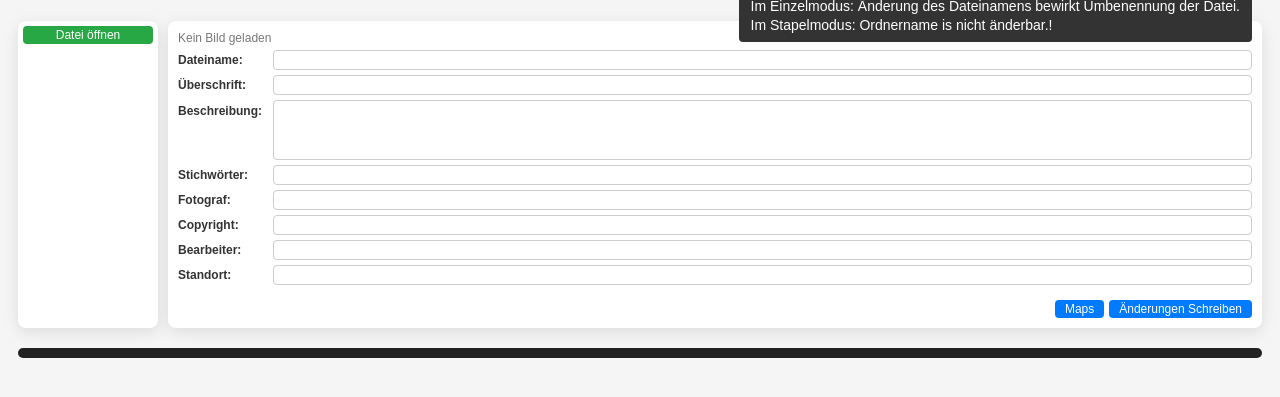
Repository: h-fahle/metadata
Page: ui/index.html
An editor plug-in stored every save of this project. The page is shown before and after the next save, followed by the edit.
The browser window is 1280 px wide. The pictures show the whole page.
The pointer rests on the first visible `.tooltip`.

Above is the page before, as saved 2026-08-18 12:31:05.

### ui/index.html
<!DOCTYPE html>
<html lang="de">

<head>
	<meta charset="UTF-8">
	<title>Tauri ExifTool Test</title>
	<script src="script.js"></script>
	<link rel="stylesheet" href="style.css">
</head>

<body>

	<div class="main-container">

		<!-- Das Vorschaubild links -->
		<div id="sidebar">
			<button id="file-open" onclick="dateiAuswählen()">Datei öffnen</button>

			<!-- 			<select id="menue-oeffnen" onchange="menueAktion(this)" >
				<option value="dateien">🖼️ Bilder öffnen...</option>
				<option value="ordner">📁 Ordner öffnen...</option>
			</select>
 -->
			<img id="vorschau-bild" src="" style="display:none;" />
			<div id="bild-info" style="text-align:center;">
				<span id="img-nummer"></span><br>
				<span id="img-datum"></span><br>
				<span id="img-groesse"></span>
			</div>
		</div>

		<!-- Das Formular rechts -->
		<div id="mein-formular-container">

			<div id="ordner-pfad">Kein Bild geladen</div>

			<div class="tooltip" data-tooltip=
"Im Einzelmodus: Änderung des Dateinamens bewirkt Umbenennung der Datei.
Im Stapelmodus: Ordnername is nicht änderbar.!">
				<label for="filename">Dateiname:</label>
				<input type="text" id="filename" name="filename"/>
			</div>

			<div class="tooltip" data-tooltip=
"Auch: (Dokument-)Titel, Schlagzeile, Headline">
				<label for="caption">Überschrift:</label>
				<input type="text" id="caption" name="caption"/>
			</div>

			<div class="tooltip" data-tooltip=
"Beschreibender Text in beliebiger Länge.
(Im Stapelmodus wird der eingegebene Text an vorhandenen angehängt.)
Hinweis: Einige Programme zeigen nur 2.000 Zeichen oder auch weniger an.">
				<label for="description">Beschreibung:</label>
				<textarea id="description" name="description" style="min-height: 60px;"></textarea>
			</div>

			<div class="tooltip" data-tooltip=
"Komma-separierte Liste. Groß-/Kleinschreibung beachten.
Im Stapelmodus werden die eingegebenen Stichwörter an vorhandene angehängt.">
				<label for="keywords">Stichwörter:</label>
				<input type="text" id="keywords" name="keywords"/>
			</div>

			<div class="tooltip" data-tooltip=
"Urheber, Ersteller, Autor
(Tags: Artitst, Creator, By-line)">
				<label for="creator">Fotograf:</label>
				<input type="text" id="creator" name="creator"/>
			</div>

			<div class="tooltip" data-tooltip=
"Urheberrechtshinweis; enthält in der Regel:
Name des Fotografen, Aufnahmejahr und Nutzungsrechte;
(z.B. 'Copyright [1975] [Mustermann], Alle Rechte vorbehalten')">
				<label for="copyright">Copyright:</label>
				<input type="text" id="copyright" name="copyright"/>
			</div>

			<div class="tooltip" data-tooltip=
"Verfasser der Metadaten
(Tags: Caption Writer, Writer Editor)">
				<label for="editor">Bearbeiter:</label>
				<input type="text" id="editor" name="editor"/>
			</div>

			<div class="tooltip" data-tooltip=
"GPS-Koordinaten in Dezimalgrad (51.49129, 8.43317).
Ermitteln der Koordinaten in der Google Maps-Karte:
  1. mit rechter Maustaste auf den Standort klicken,
  2. auf die angezeigten Koordinaten klicken,
  3. der so gespeicherte Wert kann dann mit Strg+V kopiert werden.">
				<label for="position">Standort:</label>
				<input type="text" id="position" name="position"/>
			</div>

			<!-- Button-Leiste -->
			<div class="button-group" style="text-align: right; margin-top: 15px;">
				<button type="button" onclick="zeigeMaps(event)" style="background: #007BFF;">Maps</button>
				<button type="button" onclick="exifSchreiben(event)" style="background: #007BFF;">Änderungen Schreiben</button>
			</div>

		</div>
	</div> <!-- Ende des main-containers -->

	<div id="ausgabe"></div>

</body>

</html>

### ui/script.js
let aktuellerBildPfad = "";

async function zeigeMaps(event) {
    event.preventDefault()
    let gps = document.getElementById('position').value;

    try {
        // Ruft direkt unsere eigene, sichere Rust-Funktion auf
        await window.__TAURI__.core.invoke('oeffne_maps_browser', {
            gpsString: gps
        });
    } catch (fehler) {
        console.error("Fehler:", fehler);
    }
}

async function dateiAuswählen() {
    try {
        const ergebnis = await window.__TAURI__.core.invoke('plugin:dialog|open', {
            options: {
                title: 'Bilddatei für ExifTool auswählen',
                directory: false,
                multiple: false,
                filters: [
                    { name: 'Bilder', extensions: ['jpg', 'jpeg', 'png', 'gif', 'tif', 'tiff', 'webp', 'avif', 'heic', 'heif'] }
                ]
            }
        });

        // Wenn der Nutzer nicht abgebrochen hat (ergebnis ist nicht null)
        if (ergebnis) {
            // Falls das Ergebnis ein Objekt ist (z.B. { path: "..." }), holen wir den Pfad heraus,
            // ansonsten nehmen wir den String direkt.
            const pfad = typeof ergebnis === 'object' ? ergebnis.path : ergebnis;

            aktuellerBildPfad = pfad;

            // Sofort automatisch die Metadaten einlesen!
            exifAuslesen();
        }
    } catch (fehler) {
        document.getElementById("ausgabe").innerHTML = "<span style='color: red;'>Dialog-Fehler: " + fehler + "</span>";
    }
}

async function exifAuslesen() {
    const pfad = aktuellerBildPfad;
    const ausgabe = document.getElementById("ausgabe");
    const vorschauImg = document.getElementById("vorschau-bild");


    ausgabe.innerText = "Rufe ExifTool auf...";

    try {
        // 1. Metadaten über Rust holen
        const jsonText = await window.__TAURI__.core.invoke('lese_bild_metdaten', { dateipfad: pfad });
        const datenObjekt = JSON.parse(jsonText)[0]; 	// Das 1. JSON-Objekt im JSON-Array in JS-Objekt umwandeln

        document.getElementById('img-nummer').innerText = '# 0/0';
        let datum = datenObjekt.DateTimeOriginal;
        if (typeof datum === 'undefined') {
            datum = '(unbekannt)';
        }
        document.getElementById('img-datum').innerText = '\u{1F4F7} ' + datum || '';
        document.getElementById('img-groesse').innerText = '⤢ ' + datenObjekt.ImageSize || '';

        document.getElementById('filename').value = datenObjekt.FileName || '';
        document.getElementById('caption').value = datenObjekt.CMB_Caption || '';
        document.getElementById('description').value = datenObjekt.Description || '';
        document.getElementById('keywords').value = datenObjekt.Keywords || '';
        document.getElementById('creator').value = datenObjekt.Creator || '';
        document.getElementById('copyright').value = datenObjekt.Copyright || '';
        document.getElementById('editor').value = datenObjekt.CMB_Editor || '';
        document.getElementById('position').value = datenObjekt.GPSPosition || '';

        const vollerPfad = pfad;
        // Erkennt automatisch Linux-Schrägstriche (/) und Windows-Backslashes (\)
        const letzterSlash = Math.max(vollerPfad.lastIndexOf('/'), vollerPfad.lastIndexOf('\\'));
        let ordner = "Unbekannt";
        if (letzterSlash !== -1) {
            ordner = vollerPfad.substring(0, letzterSlash);
        }
        // Den berechneten Ordnerpfad in das neue Label schreiben
        document.getElementById('ordner-pfad').innerText = ordner;

        // Wir nehmen das erste Element der Liste (ExifTool liefert immer ein Array)
        // und stellen es schön formatiert im Browser dar
        // ausgabe.innerText = JSON.stringify(datenObjekt[0], null, 2);
        ausgabe.innerText = jsonText;

        // Wir fragen Rust nach dem besten Weg für das Bild
        const vorschauErgebnis = await window.__TAURI__.core.invoke('hole_vorschaubild', { dateipfad: pfad });

        if (vorschauErgebnis === "STANDARD") {
            // Normales JPG/PNG über das Asset-Protokoll
            const assetUrl = window.__TAURI__.core.convertFileSrc(pfad);
            vorschauImg.src = assetUrl + "?t=" + new Date().getTime();
        } else if (vorschauErgebnis.startsWith("data:[embedded picture, 23 characters]")) {
            // TIF/TIFF über den im RAM kompilierten Rust-Wandler
            vorschauImg.src = vorschauErgebnis;
        }

        vorschauImg.style.display = "block";

    } catch (fehler) {
        ausgabe.innerHTML = "<span style='color: red;'>Fehler: " + fehler + "</span>";
        vorschauImg.style.display = "none";
        infoText.innerText = "Fehler beim Laden";
    }
}

async function exifSchreiben(ereignis) {
    if (ereignis) ereignis.preventDefault();  // verbietet dem Browser den automatischen Seiten-Reset!

    const pfad = aktuellerBildPfad;
    const ausgabe = document.getElementById("ausgabe");

    ausgabe.innerText = "Speichere Daten über ExifTool...";

    // Wir sammeln alle aktuellen Werte aus den Eingabefeldern ein
    const daten = {
        dateipfad: pfad,
        filename: document.getElementById('filename').value,
        caption: document.getElementById('caption').value,
        description: document.getElementById('description').value,
        keywords: document.getElementById('keywords').value.split(',').map(s => s.trim()).join(', '),
        creator: document.getElementById('creator').value,
        copyright: document.getElementById('copyright').value,
        editor: document.getElementById('editor').value,
        gps: document.getElementById('position').value
    };

    try {
        // Wir schicken das gesamte Paket an die Rust-Funktion 'schreibe_bild_metdaten'
        const antwort = await window.__TAURI__.core.invoke('schreibe_bild_metdaten', daten);

        // Bei Erfolg zeigen wir die Meldung in grüner Schrift an
        ausgabe.innerHTML = "<span style='color: #00ff00;'>" + antwort + "</span>";

        // 2. Da der Pfad dank preventDefault() jetzt bombenfest im Feld stehen bleibt,
        // funktioniert das Neuladen nun augenblicklich und fehlerfrei!
        await exifAuslesen();

    } catch (fehler) {
        // Falls etwas schiefgeht (z.B. Datei schreibgeschützt), zeigen wir den Fehler an
        ausgabe.innerHTML = "<span style='color: red;'>Fehler beim Speichern: " + fehler + "</span>";
    }
}

### ui/style.css
body {
	font-family: sans-serif;
	font-size: 12px;
	padding: 3px 10px;
	background: #f5f5f5;
}

button {
	padding: 2px 10px;
	font-size: 12px;
	cursor: pointer;
	background: #28a745;
	color: white;
	border: none;
	border-radius: 4px;
}

select {
	-moz-appearance: none;
	-webkit-appearance: none;
	appearance: none;
	border: none;
	border-radius: 4px;
	background: #28a745;
	color: white;
	width: 120px;
}

#ausgabe {
	margin-top: 20px;
	background: #222;
	color: #00ff00;
	padding: 5px;
	border-radius: 5px;
	font-family: monospace;
	white-space: pre-wrap;
	overflow-x: auto;
}

input#bildpfad {
	width: 350px;
}

/* Der neue Haupt-Container für die Nebeneinander-Ausrichtung */
.main-container {
	margin-top: 10px;
	display: flex;
	flex-direction: row;
	/* Elemente nebeneinander */
	gap: 10px;
	/* Abstand zwischen Bild und Formular */
	width: 100%;
	box-sizing: border-box;
}

/* Styling für den Bild-Bereich */
#sidebar {
	width: 130px;
	min-width: 130px;
	display: flex;
	flex-direction: column;
	align-items: center;
	justify-content: flex-start;
	padding: 5px;
	background-color: #ffffff;
	border-radius: 8px;
	box-shadow: 0 4px 15px rgba(0, 0, 0, 0.1);
}

#file-open {
	width: 130px;
	margin-bottom: 10px;
}

#vorschau-bild {
	width: 130px;
	height: auto;
	border: 1px outset gray;
}

/* Container des Formulars */
#mein-formular-container {
	flex-grow: 1;
	margin: 0;
	padding: 5px 10px;
	background-color: #ffffff;
	border-radius: 8px;
	box-shadow: 0 4px 15px rgba(0, 0, 0, 0.1);
	font-family: Arial, sans-serif;
}

#mein-formular-container div {
	display: flex;
	align-items: center;
	margin: 6px 0;
	/* Geringer Zeilenabstand */
	width: 100%;
	margin-top: 5px;
	/* Kleiner Abstand nach oben */
	margin-bottom: 5px;
	/* Kleiner Abstand nach unten */
}

label[for="description"] {
	align-self: flex-start;
	/* DIESE ZEILE IST DIE RETTUNG: Richtet NUR dieses Label oben aus! */
	margin-top: 4px;
	/* Feinjustierung, damit es perfekt auf der Linie der ersten Textzeile liegt */
}

#ordner-pfad {
	margin-left: 97px;
	margin-bottom: 2px;
	color: #777777;
	font-size: 12px;
	font-family: Arial, sans-serif;
}

/* Feste Breite für die Labels + Linksbündig */
label {
	display: inline-block;
	width: 95px;
	text-align: left;
	font-weight: bold;
	color: #333333;
	flex-shrink: 0;
	/* Verhindert, dass der Text zusammengedrückt wird */
}

/* Eingabefelder füllen den restlichen Platz der Zeile aus */
input[type="text"],
textarea {
	flex-grow: 1;
	/* Alle Felder starten exakt an der gleichen Linie */
	width: 100%;
	min-width: 0;
	padding: 2px;
	border: 1px solid #cccccc;
	border-radius: 4px;
	box-sizing: border-box;
	font-size: 12px;
}

textarea {
	/* DIESE BEIDEN ZEILEN LÖSEN DAS LINUX-PROBLEM ENDGÜLTIG: */
	field-sizing: content;
	/* Die Box wächst automatisch zeilenweise mit! */
	overflow: hidden;
	/* Schaltet Scrollbalken und damit den Bug komplett ab */
	resize: none;
	/* Der Nutzer muss nicht mehr manuell ziehen */
}

/* Aktives Feld bei Klick */
input:focus,
textarea:focus {
	border-color: #007BFF;
	outline: none;
	box-shadow: 0 0 5px rgba(0, 123, 255, 0.5);
}

.tooltipx {
  position: relative;
  z-index: 1;
}
/* Tooltip-Box beim Hover anzeigen */
.tooltipx:hover::after {
  z-index: 999;
  content: attr(data-tooltip);
  position: absolute;
  bottom: -130%;  /* unterhalb */
  left: 50%;	/* nach rechts versetzt */
  transform: translateX(-50%);
  background-color: lightyellow;
  color: black;
  padding: 5px 10px;
  border: 1px solid gray;
  border-radius: 4px;
  white-space: pre;
  width: max-content;
  font-size: 10px;
}

.tooltip {
  position: relative;
  display: block; /* Oder inline-block, je nach deinem aktuellen Layout */
  margin-bottom: 15px; /* Abstand nach unten zum nächsten Feld */
  z-index: 1;
}

/* Container bei Hover nach oben holen */
.tooltip:hover,
.tooltip:has(input:focus) {
  z-index: 999;
}

/* Der Tooltip */
.tooltip:hover::after,
.tooltip:has(input:focus)::after {
  content: attr(data-tooltip);
  position: absolute;

  /* Positionierung über dem Eingabefeld */
  bottom: 100%;
  margin-bottom: 8px;

  /* FIX: Richtet den Tooltip an der rechten Kante des Inputs aus */
  left: auto;
  right: 0;
  transform: none; /* Das translateX(-50%) wird hier gelöscht */

  /* Styling & Farben */
  background-color: #333333;
  color: #ffffff;
  padding: 6px 12px;
  border-radius: 4px;
  font-size: 14px;
  line-height: 1.4;

  /* Dynamische Breite */
  white-space: pre;
  width: max-content;
}




/* Der Absendeknopf richtet sich nach den Eingabefeldern aus */
.button-group {
	display: flex;
	justify-content: flex-end;
}

.button-group button {
		margin-left: 5px;
}

button[type="submit"] {
	width: 200px;
	padding: 12px;
	background-color: #007BFF;
	color: white;
	border: none;
	border-radius: 4px;
	font-size: 16px;
	cursor: pointer;
	transition: background-color 0.3s ease;
}

button[type="submit"]:hover {
	background-color: #0056b3;
}

After the next save:
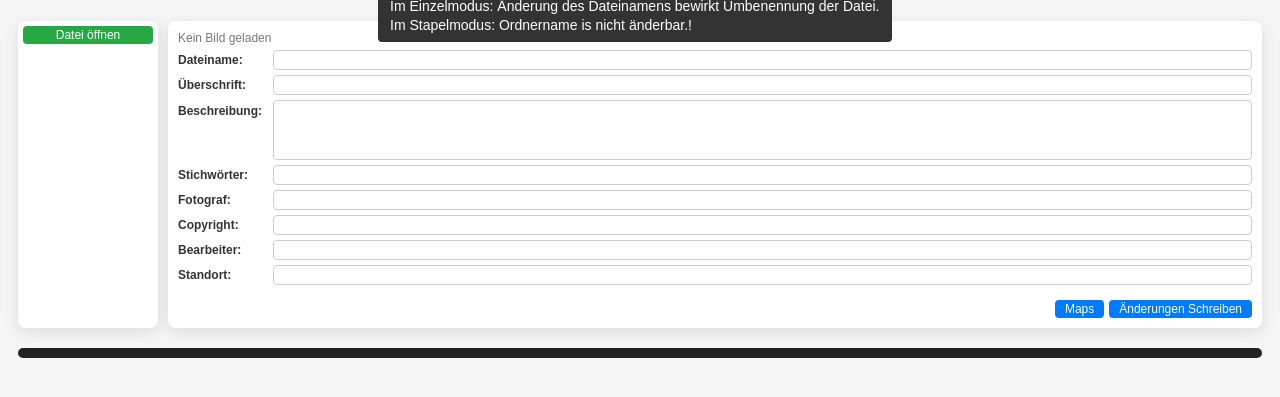
Saved 3 min 42 s later.
--- a/ui/style.css
+++ b/ui/style.css
@@ -205,7 +205,7 @@ textarea:focus {
   margin-bottom: 8px;
 
   /* FIX: Richtet den Tooltip an der rechten Kante des Inputs aus */
-  left: auto;
+  left: 200px;
   right: 0;
   transform: none; /* Das translateX(-50%) wird hier gelöscht */
 
